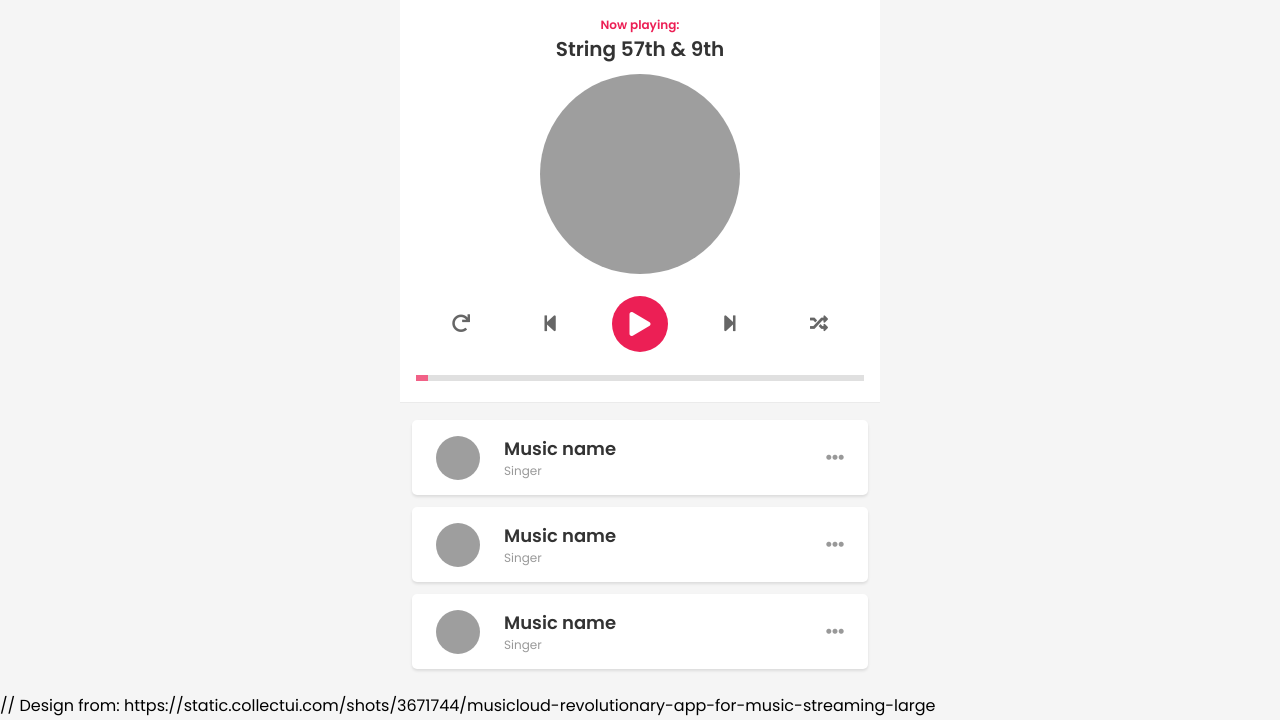
Repository: KienCao2000/demo-music
Page: index.html
The author's editor kept a copy of each file at every save. The page is drawn from the files as they stood at one save, then again after the next save.
The browser window is 1280 px wide. The pictures show the whole page.
Pictures or frames that could not be fetched are drawn as grey boxes.

Above is the page before, as saved 2022-02-24 23:03:26.

After the next save:
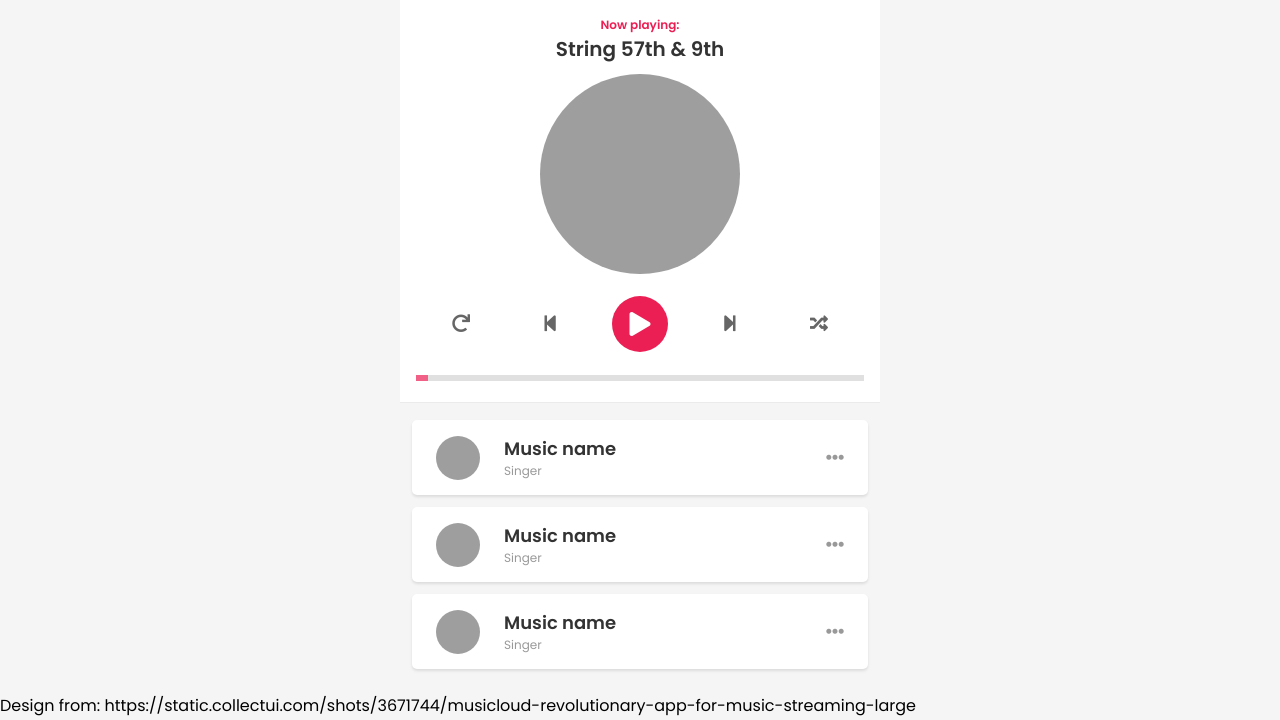
Saved 19 s later.
--- a/index.html
+++ b/index.html
@@ -176,6 +176,6 @@
           }
         }
     </script>
-      // Design from: https://static.collectui.com/shots/3671744/musicloud-revolutionary-app-for-music-streaming-large
+     Design from: https://static.collectui.com/shots/3671744/musicloud-revolutionary-app-for-music-streaming-large
 </body>
 </html>
